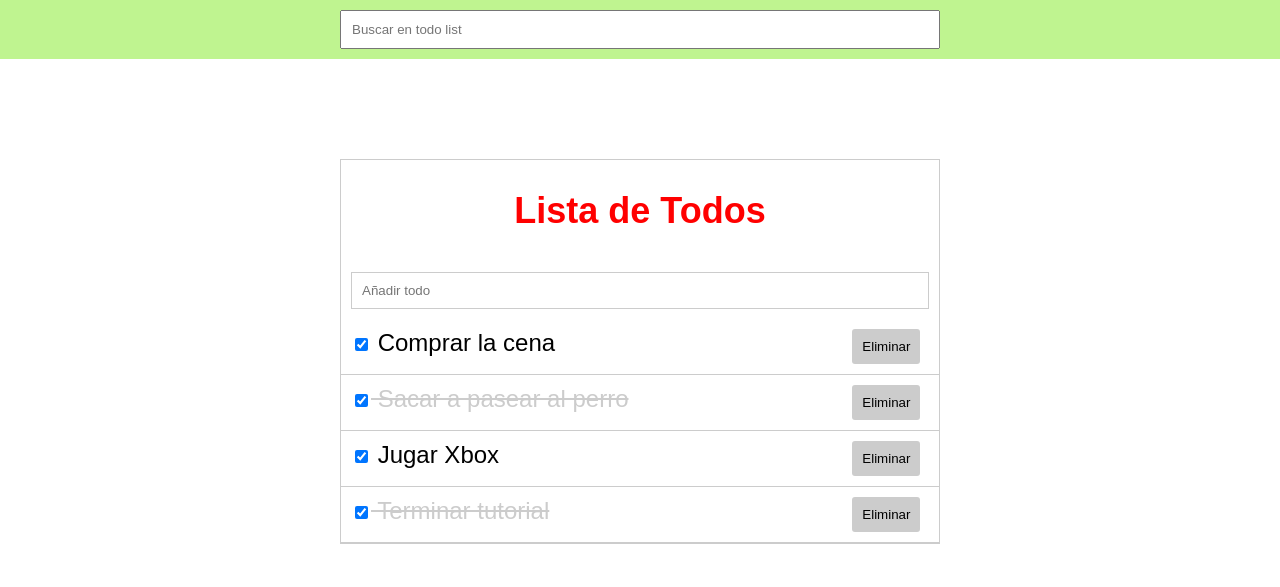
Repository: MauriVaz/Primer-app-con-Vue
Page: /
These files come from the project's save history. The page is drawn as it stood at one moment and after the next save; the edit follows.
The browser window is 1280 px wide. The pictures show the whole page.
The project was rebuilt for these pictures with package versions that can differ from the ones it lists, and the page was loaded fresh each time. Also part of the build but not shown: vue.config.js.

Above is the page before, as saved 2022-12-28 22:15:17.

After the next save:
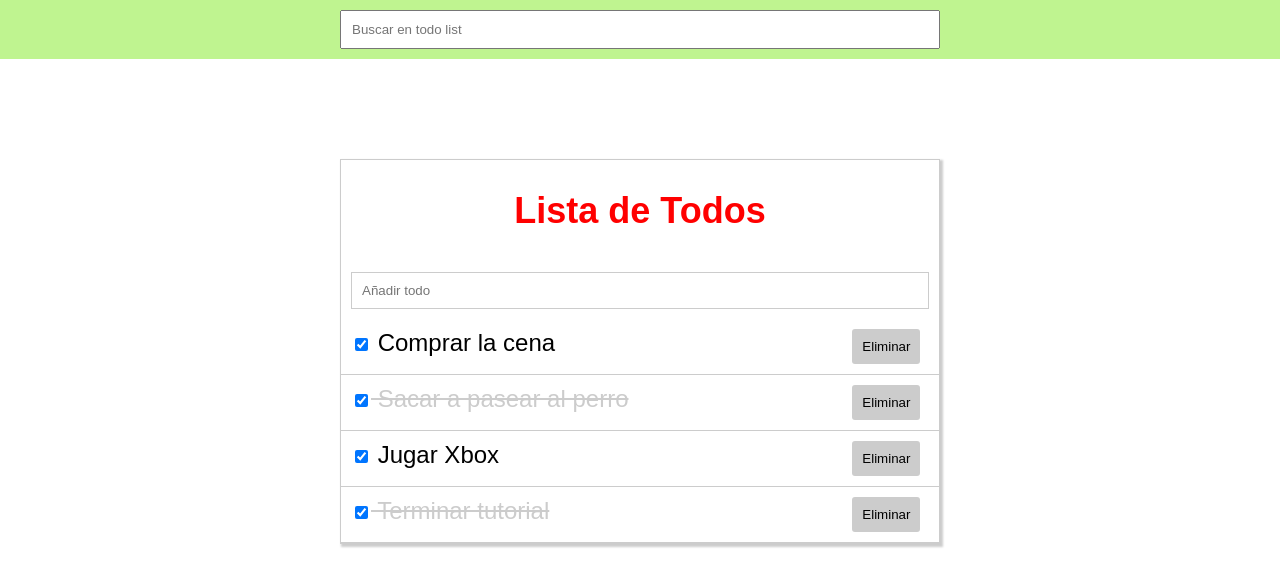
Saved 18 s later.
--- a/src/App.vue
+++ b/src/App.vue
@@ -94,7 +94,7 @@ export default {
     border: solid 1px #ccc;
     width: 600px;
     margin: 100px auto;
-    box-shadow: 4cm rgb(red, green, blue);
+    box-shadow: 2px 2px 2px 1px rgba(0, 0, 0, 0.2);
   }
 
   #header{
